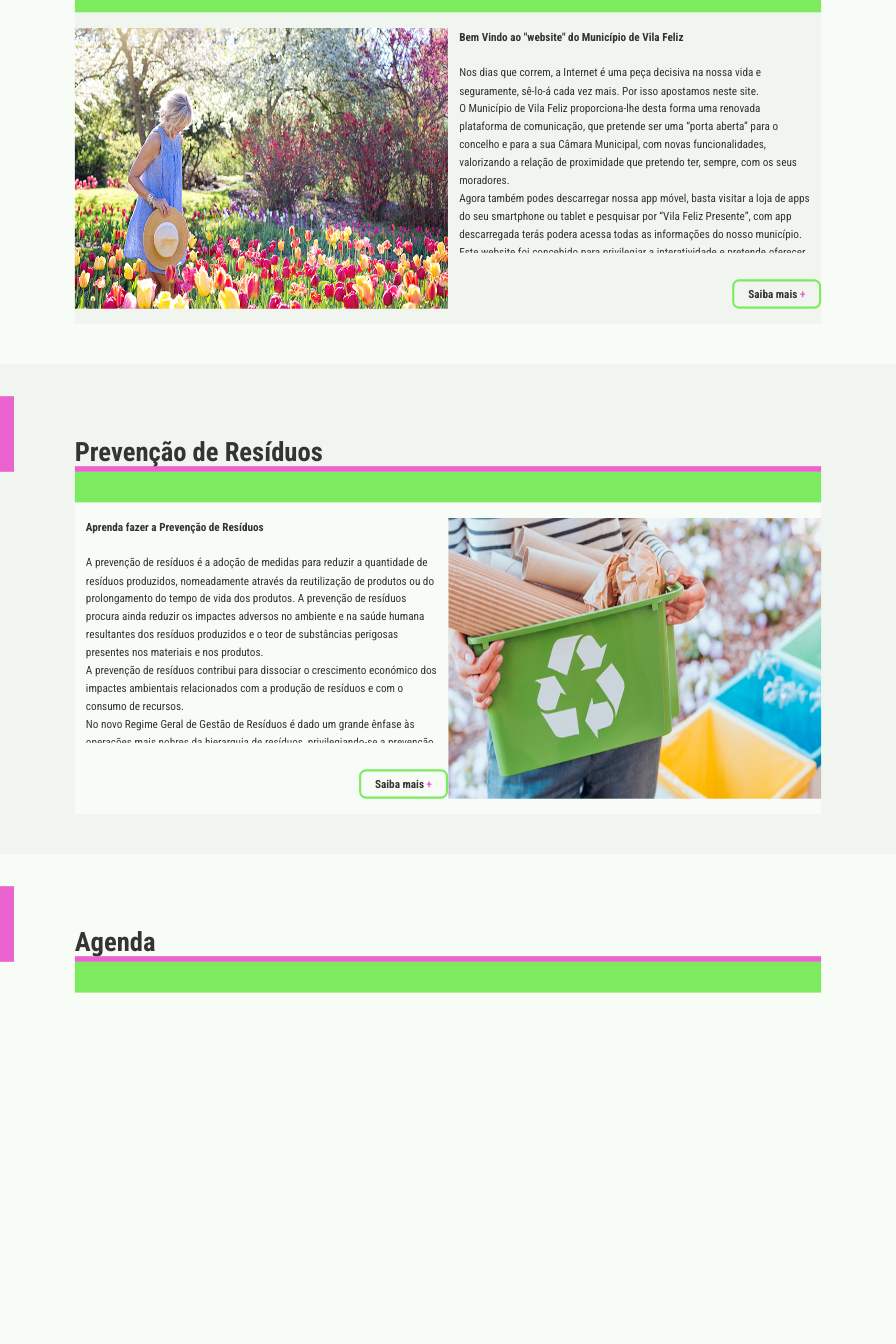
Repository: Goulart94/CmVilaFeliz
Page: index.html
These files come from the project's save history. The page is drawn as it stood at one moment and after the next save; the edit follows.
The browser window is 1280 px wide. The pictures show the part of the page from y = 3140 to 5060 px (the page is 5060 px tall), at 70% of full size.
The style sheet was rebuilt from its Sass, Less or Tailwind sources for each picture, by a compiler version that may differ from the author's.

Above is the page before, as saved 2022-05-16 12:06:57.

After the next save:
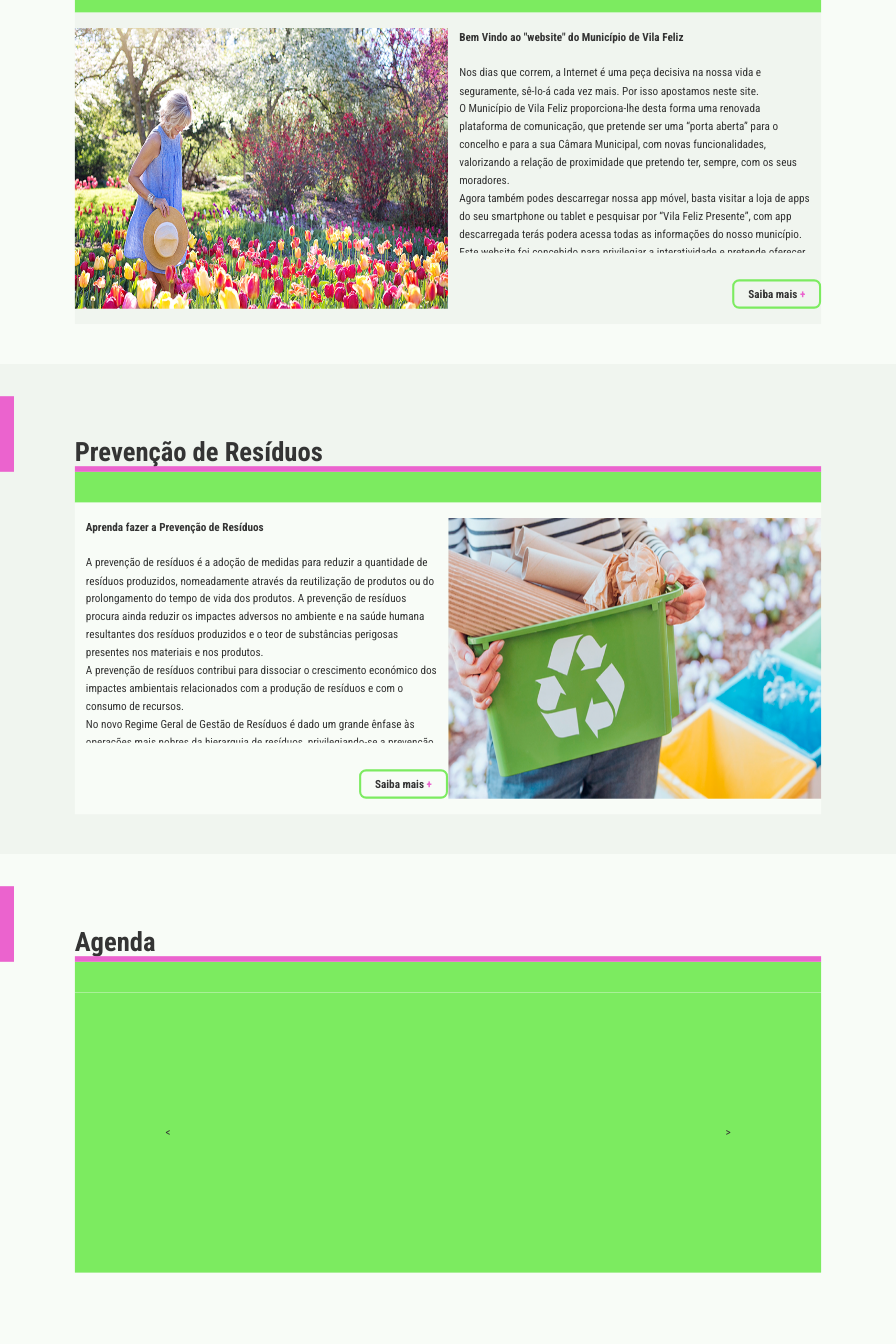
Saved 27 s later.
--- a/css/app.scss
+++ b/css/app.scss
@@ -468,6 +468,9 @@ body {
 }
 .sliderOne{
 
+  width: 100%;
+  height: 400px;
+  background: #7CEB60;
 }
 .sliderTwo{
 
